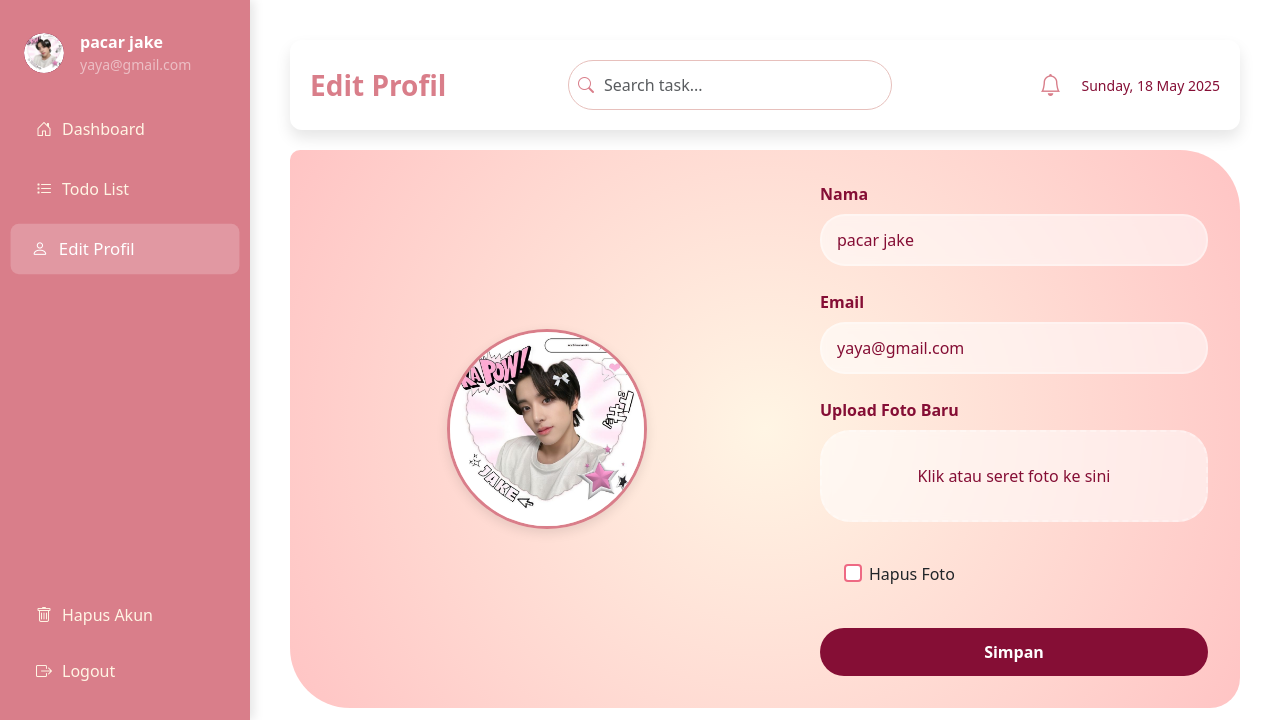
Repository: zhr-nabila/FloTime
Page: http://localhost/profile.php
The author's editor kept a copy of each file at every save. The page is drawn from the files as they stood at one save, then again after a run of saves.
The browser window is 1280 px wide. The pictures show the whole page.
The page is run by PHP 8.4 with error messages shown; the project is at /var/www/html/. The session is filled in as if someone had signed in: {"email": "yaya@gmail.com", "status": "login", "user_id": 2}. The database holds what the project's SQL file puts in it.

Above is the page before, as saved 2025-05-18 20:53:13.

After the next 2 saves:
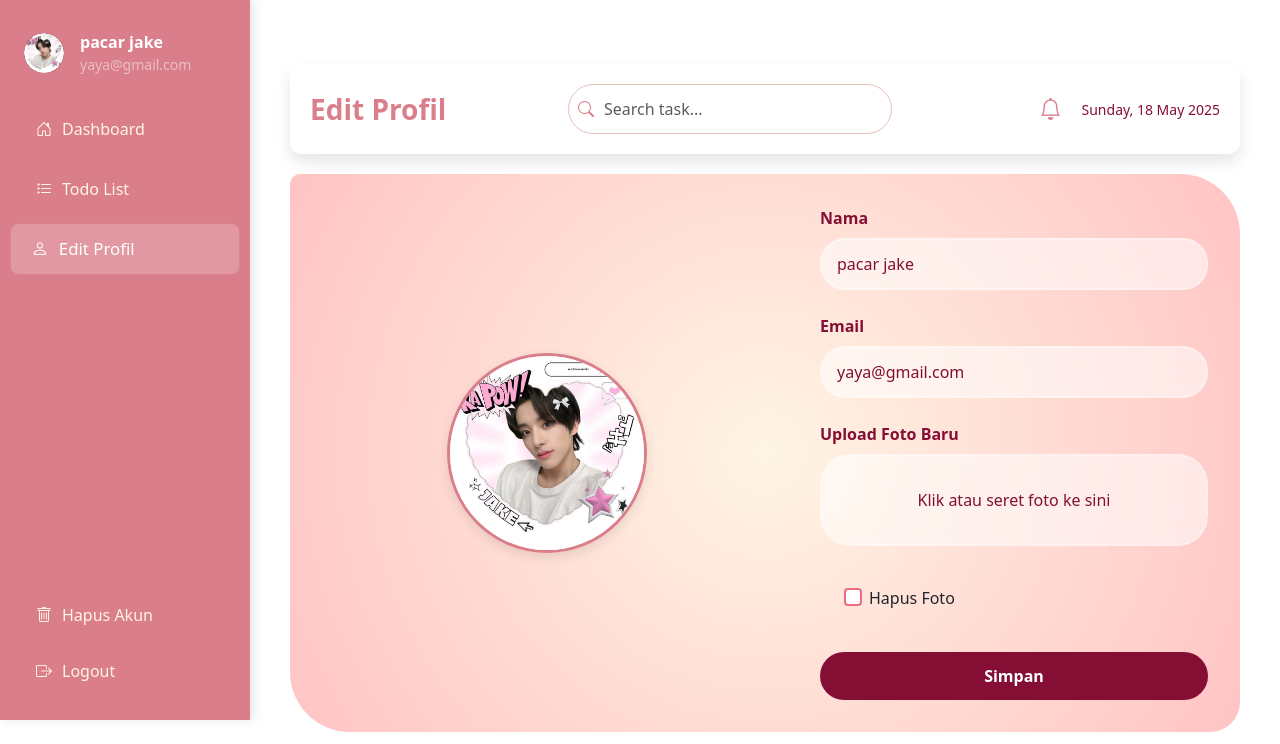
The 2 saves are shown as one change because they came seconds apart.
The last was saved 60 min 34 s later.
--- a/includes/sidebar.php
+++ b/includes/sidebar.php
@@ -52,6 +52,7 @@
 </div>
 
 <!-- Modal Hapus Akun -->
+duv
 <div id="deleteModal">
   <div class="modal-box">
     <h4>Yakin ingin menghapus akun?</h4>

After the save that followed:
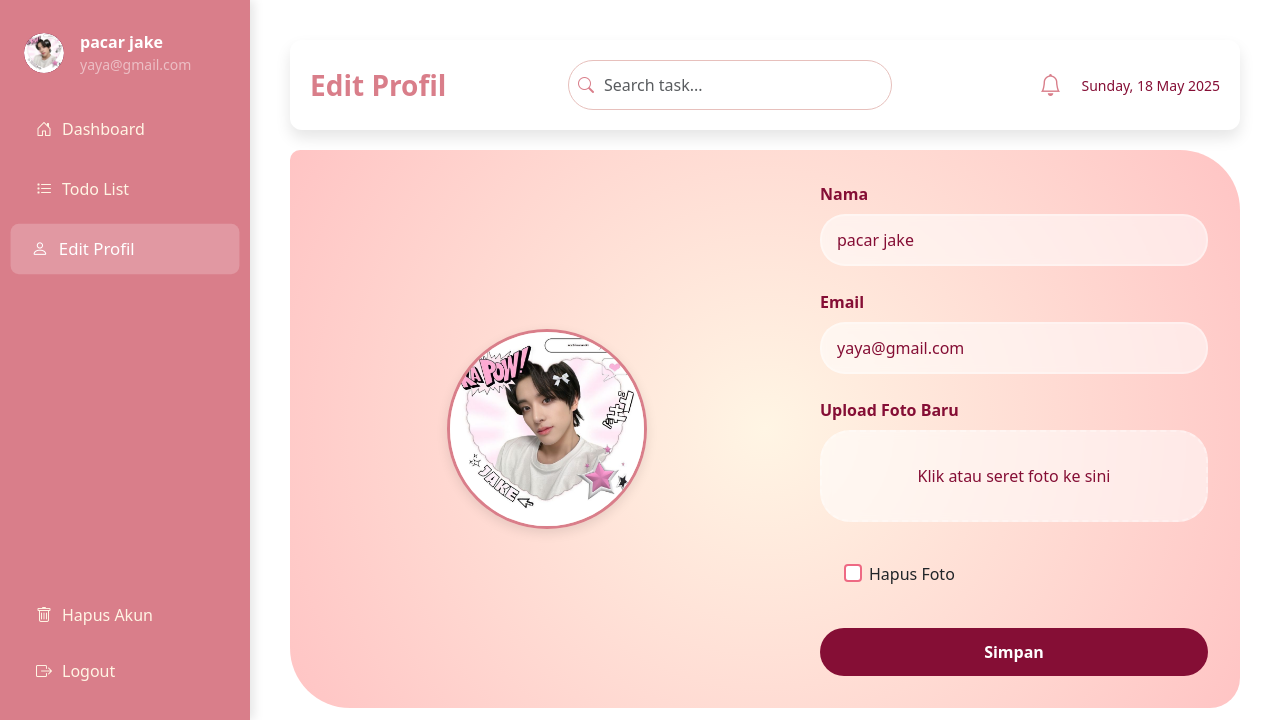
Saved 20 s later.
--- a/includes/sidebar.php
+++ b/includes/sidebar.php
@@ -52,7 +52,7 @@
 </div>
 
 <!-- Modal Hapus Akun -->
-duv
+<div class="border-animated">
 <div id="deleteModal">
   <div class="modal-box">
     <h4>Yakin ingin menghapus akun?</h4>
